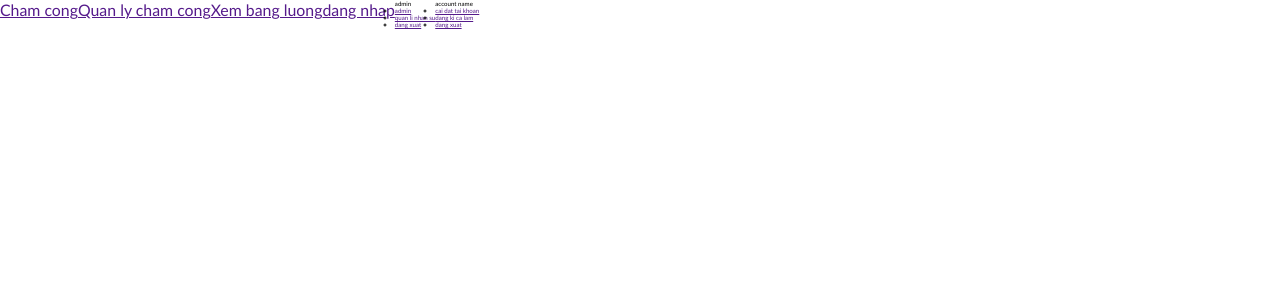
Repository: LDDUNG2003/a
Page: index.html
These files come from the project's save history. The page is drawn as it stood at one moment and after the next save; the edit follows.
The browser window is 1280 px wide. The pictures show the whole page.

Above is the page before, as saved 2023-10-13 23:30:10.

### index.html
<!DOCTYPE html>
<html lang="en">

<head>
    <meta charset="UTF-8">
    <meta name="viewport" content="width=device-width, initial-scale=1.0">
    <title>trang chu</title>
    <link rel="stylesheet" href="./controlView/css/base.css">
    <link rel="stylesheet" href="./controlView/css/index.css">
</head>

<body>
    <div class="main">
        <!-- start header -->
        <header class="app__header">
            <nav class="navBar">
                <ul class="navBar-list">
                    <li class="navBar--items"><a href="" class="navbar--link">Cham cong</a></li>
                    <li class="navBar--items"><a href="" class="navbar--link">Quan ly cham cong</a></li>
                    <li class="navBar--items">
                        <a href="" class="navbar--link">Xem bang luong</a></li>
                    <!-- login  -->
                    <li class="navBar--items">
                        <a href="" class="navbar--link">dang nhap</a></li>
                    <!-- admin menu -->
                    <li class="navBar--items">
                        admin
                        <ul class="account-list">
                            <li class="account--item"><a href="" class="account--link">admin</a></li>
                            <li class="account--item"><a href="" class="account--link">quan li nhan su</a></li>
                            <li class="account--item"><a href="" class="account--link">dang xuat</a></li>
                        </ul>
                    </li>
                    <!-- personnel menu -->
                    <li>
                        account name
                        <ul class="acount-list">
                            <li class="account--item"><a href="" class="account--link">cai dat tai khoan</a></li>
                            <li class="account--item"><a href="" class="account--link">dang ki ca lam</a></li>
                            <li class="account--item"><a href="" class="account--link">dang xuat</a></li>
                        </ul>
                    </li>
                </ul>
            </nav>
        </header>
        <!-- end header -->

        <!-- start content -->
        <div class="app__content">

        </div>
        <!-- end content -->
    </div>
</body>

</html>

### controlView/css/base.css
:root {
    --primary-color: #0066cc;
    --text-color: #414141;
}

* {
    padding: 0px;
    margin: 0px;
    font-size: 0.62rem;
    font-family: 'Trebuchet MS', 'Lucida Sans Unicode', 'Lucida Grande', 'Lucida Sans', Arial, sans-serif;
}

.main {}

.app__header {
    width: 100%;
}

.navBar {
    width: 100%;
    max-width: 1200px;
}

.navBar-list {
    display: flex;
    list-style: none;
}

.navBar--items {}

.navbar--link {
    font-size: 1.6rem;
}

.account-list {}

.account--item {}

.account--link {}

Loaded but not shown: controlView/css/index.css (no stored copy; drawn as an empty file)

After the next save:
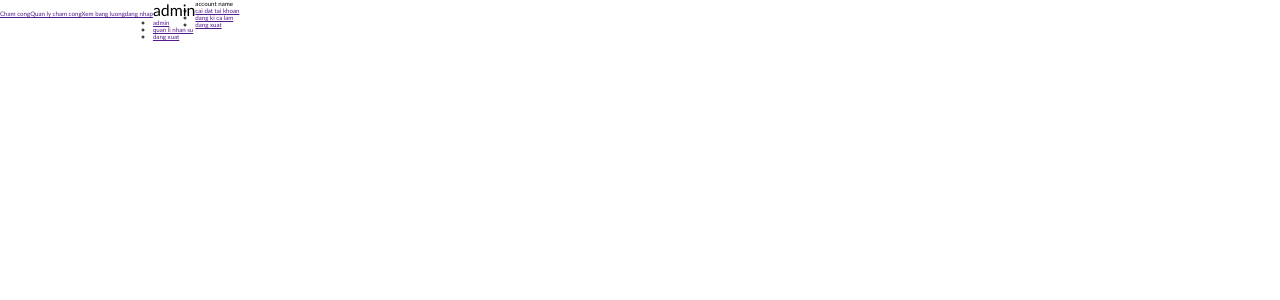
Saved 26 s later.
--- a/controlView/css/base.css
+++ b/controlView/css/base.css
@@ -26,11 +26,11 @@
     list-style: none;
 }
 
-.navBar--items {}
-
-.navbar--link {
+.navBar--items {
     font-size: 1.6rem;
 }
+
+.navbar--link {}
 
 .account-list {}
 
